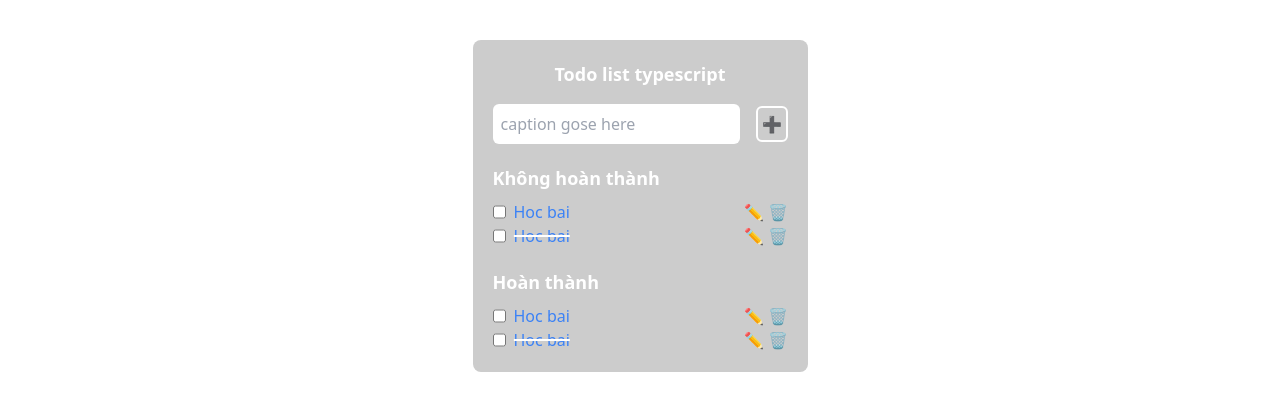
Repository: VIET-TU/react-super-main
Page: / (app in todolist-mybuild/)
The author's editor kept a copy of each file at every save. The page is drawn from the files as they stood at one save, then again after the next save.
The browser window is 1280 px wide. The pictures show the whole page.
The project was rebuilt for these pictures with package versions that can differ from the ones it lists, and the page was loaded fresh each time. Also part of the build but not shown: todolist-mybuild/vite.config.ts.

Above is the page before, as saved 2023-05-16 07:56:21.

### todolist-mybuild/src/App.tsx
import TodoList from './components/TodoLists'

function App() {
  return (
    <>
      <TodoList></TodoList>
    </>
  )
}

export default App

### todolist-mybuild/src/index.css
@tailwind base;
@tailwind components;
@tailwind utilities;

css *,
*:before,
*:after {
  box-sizing: border-box;
}
* {
  margin: 0;
  padding: 0;
}

input,
select,
textarea {
  outline: none;
}
button {
  outline: none;
}

### todolist-mybuild/src/components/TodoLists/index.ts
import TodoList from './TodoList'

export default TodoList

### todolist-mybuild/src/components/TodoLists/TodoList.tsx
import { Todo } from '../../@types/todos.types'
import TaskInput from '../TaskInput'
import TaskList from '../TaskList'
import { useEffect, useState } from 'react'

const TodoList = () => {
  const [todos, setTodos] = useState<Todo[]>([])
  const [currentTodo, setCurrentTodo] = useState<Todo | null>(null)
  const doneTodos = todos.filter((todo) => todo.done)
  const notdoneTodos = todos.filter((todo) => !todo.done)

  useEffect(() => {
    const todosString = localStorage.getItem('todos')
    const todosObj: Todo[] = JSON.parse(todosString || '[]')
    setTodos(todosObj)
  }, [])

  const addTodo = (name: string): void => {
    const todo: Todo = {
      name,
      done: false,
      id: new Date().toISOString()
    }
    setTodos((pre) => [...pre, todo])
    const todosString = localStorage.getItem('todos')
    const todosObj: Todo[] = JSON.parse(todosString || '[]')
    const newTodoObj = [...todosObj, todo]
    localStorage.setItem('todos', JSON.stringify(newTodoObj))
  }

  const handleDoneTodo = (id: string, done: boolean) => {
    setTodos((prev) => {
      return prev.map((todo) => {
        if (todo.id === id) {
          return { ...todo, done }
        }
        return todo
      })
    })
  }

  const startEditTodo = (id: string) => {
    const findedTodo = todos.find((todo) => todo.id === id)
    if (findedTodo) {
      setCurrentTodo(findedTodo)
    }
  }

  const editTodo = (name: string) => {
    setCurrentTodo((prev) => {
      if (prev) {
        return { ...prev, name }
      }
      return prev
    })
  }

  const finishEditTodo = () => {
    setTodos((prev) => {
      return prev.map((todo) => {
        if (todo.id === (currentTodo as Todo).id) {
          return currentTodo as Todo
        }
        return todo
      })
    })
    setCurrentTodo(null)
  }

  const deleteTodo = (id: string) => {
    if (currentTodo) {
      setCurrentTodo(null)
    }

    setTodos((prev) => {
      const findedIndexTodo = prev.findIndex((todo) => todo.id === id)
      if (findedIndexTodo > -1) {
        const result = [...prev]
        result.splice(findedIndexTodo, 1) // delete 1 elem in array
        return result
      }
      return prev
    })
  }

  return (
    <div className='p-[20px] rounded-lg bg-[#ccc] max-w-max mx-auto my-10'>
      <TaskInput
        editTodo={editTodo}
        addTodo={addTodo}
        currentTodo={currentTodo}
        finishEditTodo={finishEditTodo}
      ></TaskInput>
      <TaskList
        handleDoneTodo={handleDoneTodo}
        todos={notdoneTodos}
        doneTaskList={false}
        startEditTodo={startEditTodo}
        deleteTodo={deleteTodo}
      />
      <TaskList
        handleDoneTodo={handleDoneTodo}
        todos={doneTodos}
        doneTaskList={true}
        startEditTodo={startEditTodo}
        deleteTodo={deleteTodo}
      />
    </div>
  )
}

export default TodoList

### todolist-mybuild/src/components/TaskInput/index.ts
import TaskInput from './TaskInput'

export default TaskInput

### todolist-mybuild/src/components/TaskInput/TaskInput.tsx
import React from 'react'
import { useState } from 'react'

interface ITaskInputProps {
  addTodo: (name: string) => void
}

const TaskInput = (props: ITaskInputProps) => {
  const { addTodo } = props

  const [name, setName] = useState<string>('')

  const handleSubmit = (e: React.FormEvent<HTMLFormElement>) => {
    e.preventDefault()
    addTodo(name)
    setName('')
  }

  const onChangeInput = (e: React.ChangeEvent<HTMLInputElement>) => {
    const { value } = e.target
    setName(value)
  }

  return (
    <div className='mb-2'>
      <h1 className='mb-4 text-lg font-bold text-white text-[20px] text-center'>Todo list typescript</h1>
      <form placeholder='enter your text' onSubmit={handleSubmit}>
        <input
          className='p-2 mr-4 rounded-md outline-0'
          type='text'
          placeholder='caption gose here'
          value={name}
          onChange={onChangeInput}
        />
        <button type='submit' className='p-1 border-2 border-white rounded-md'>
          ➕
        </button>
      </form>
    </div>
  )
}

export default TaskInput

### todolist-mybuild/src/components/TaskList/TaskList.tsx
import { Todo } from '../../@types/todos.types'

interface ITaskList {
  doneTaskList?: boolean
  todos: Todo[]
}
const TaskList = (props: ITaskList) => {
  const { doneTaskList, todos } = props
  return (
    <div className='mt-5 text-blue-500'>
      <div className='finish'>
        <h2 className='mb-2 text-lg font-bold text-white text-[20px]'>
          {doneTaskList ? 'Hoàn thành' : 'Không hoàn thành'}
        </h2>
        <div className='tasks '>
          <div className='flex justify-between task'>
            <div className='flex gap-2'>
              <input type='checkbox' name='' id=' ' />
              <div className='relative'>
                <span>Hoc bai</span>
              </div>
            </div>
            <div className='flex gap-1'>
              <button>✏️</button>
              <button>🗑️</button>
            </div>
          </div>
          <div className='flex justify-between task'>
            <div className='flex gap-2'>
              <input type='checkbox' name='' id=' ' />
              <div className='relative'>
                <span>Hoc bai</span>
                <div className='absolute w-full h-[2px] bg-white top-1/2 left-1/2 transform -translate-x-1/2 -translate-y-1/2'></div>
              </div>
            </div>
            <div className='flex gap-1'>
              <button>✏️</button>
              <button>🗑️</button>
            </div>
          </div>
        </div>
      </div>
    </div>
  )
}

export default TaskList

Loaded but not shown: todolist-mybuild/index.html (common file); todolist-mybuild/src/main.tsx (common file); todolist-mybuild/src/components/TaskList/index.ts (common file); todolist-mybuild/tailwind.config.js (common file)

After the next save:
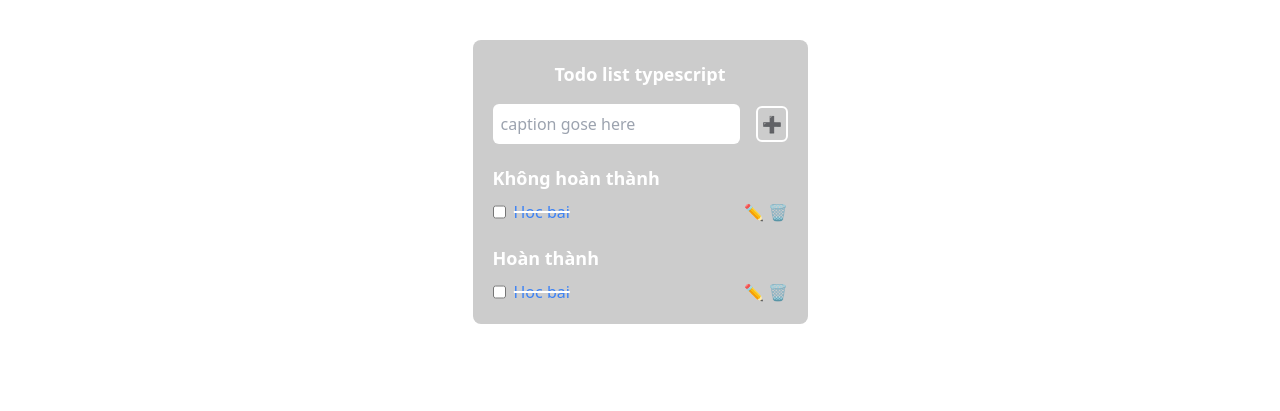
Saved 2 min 25 s later.
--- a/todolist-mybuild/src/components/TaskList/TaskList.tsx
+++ b/todolist-mybuild/src/components/TaskList/TaskList.tsx
@@ -8,23 +8,26 @@ const TaskList = (props: ITaskList) => {
   const { doneTaskList, todos } = props
   return (
     <div className='mt-5 text-blue-500'>
-      <div className='finish'>
+      <div className=''>
         <h2 className='mb-2 text-lg font-bold text-white text-[20px]'>
           {doneTaskList ? 'Hoàn thành' : 'Không hoàn thành'}
         </h2>
         <div className='tasks '>
-          <div className='flex justify-between task'>
-            <div className='flex gap-2'>
-              <input type='checkbox' name='' id=' ' />
-              <div className='relative'>
-                <span>Hoc bai</span>
+          {todos.map((todo) => (
+            <div key={todo.id} className='flex justify-between task'>
+              <div className='flex gap-2'>
+                <input type='checkbox' name='' id=' ' />
+                <div className='relative'>
+                  <span>Hoc bai</span>
+                </div>
+              </div>
+              <div className='flex gap-1'>
+                <button>✏️</button>
+                <button>🗑️</button>
               </div>
             </div>
-            <div className='flex gap-1'>
-              <button>✏️</button>
-              <button>🗑️</button>
-            </div>
-          </div>
+          ))}
+
           <div className='flex justify-between task'>
             <div className='flex gap-2'>
               <input type='checkbox' name='' id=' ' />
